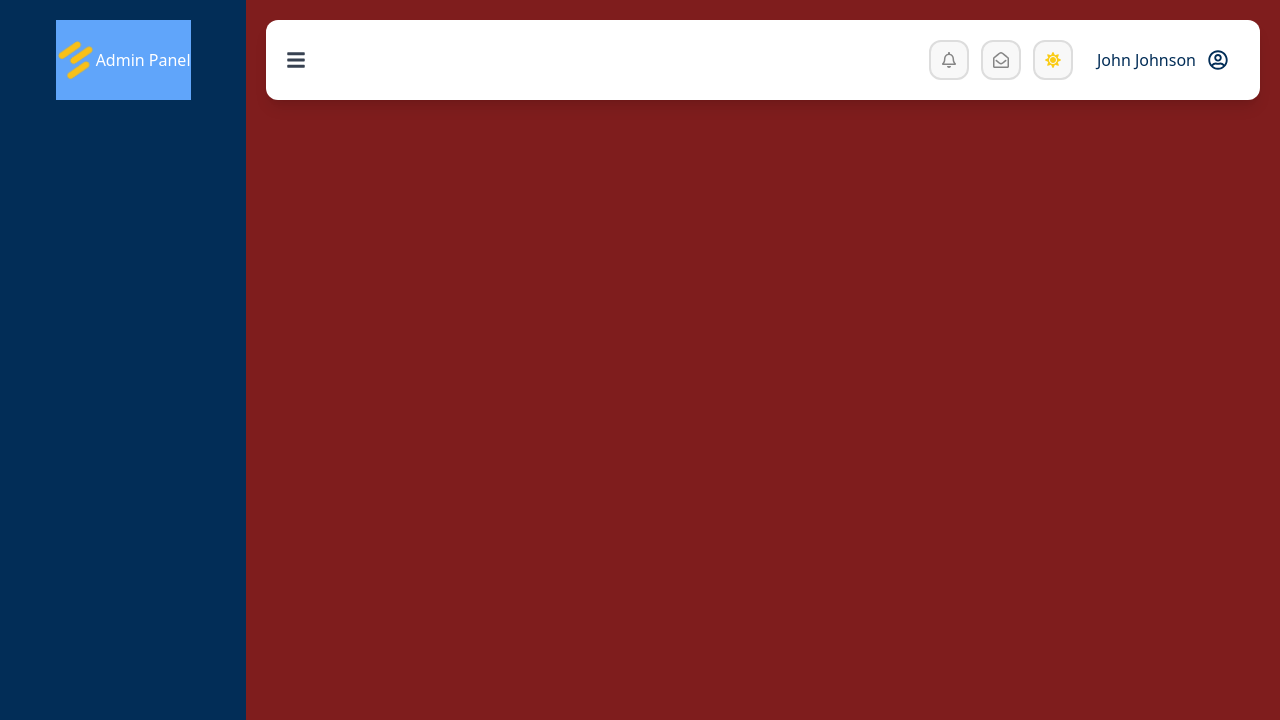
Repository: farrelmuhammad/redesign-bo
Page: /
These files come from the project's save history. The page is drawn as it stood at one moment and after the next save; the edit follows.
The browser window is 1280 px wide. The pictures show the whole page.
The project was rebuilt for these pictures with package versions that can differ from the ones it lists, and the page was loaded fresh each time. Also part of the build but not shown: src/App.css.

Above is the page before, as saved 2024-03-02 19:37:00.

### src/App.tsx
import React from 'react';
import logo from './logo.svg';
import './App.css';
import Navbar from './components/Navbar';
import Sidebar from './components/Sidebar';

function App() {
  return (
    <section className='bg-red-900 h-screen w-screen flex font-poppins text-white'>
      <Sidebar />
      <Navbar />
    </section>
  );
}

export default App;

### src/components/Navbar.tsx
import React from 'react'
import { FaBars, FaMoon, FaRegBell, FaRegEnvelopeOpen, FaRegUserCircle, FaSun } from "react-icons/fa";

const Navbar = () => {
    return (
        <nav className='bg-white h-20 w-full flex flex-row justify-between items-center px-5 m-5 rounded-xl shadow-lg'>
            <div className="flex flex-1 justify-start items-center">
                <button className='text-xl text-gray-700 hover:text-black'>
                    <FaBars />
                </button>
            </div>
            <div className="flex flex-1 flex-row gap-3 justify-end items-end">
                <button className='flex justify-center items-center h-10 w-10 text-[#868686] bg-[#F8F8F8] rounded-xl border-[2px] border-[#DDDDDD] hover:border-gray-500 hover:text-gray-500'>
                    <FaRegBell />
                </button>
                <button className='flex justify-center items-center h-10 w-10 text-[#868686] bg-[#F8F8F8] rounded-xl border-[2px] border-[#DDDDDD] hover:border-gray-500 hover:text-gray-500'>
                    <FaRegEnvelopeOpen />
                </button>
                <button className='flex justify-center items-center h-10 w-10 rounded-xl border-[2px] border-[#DDDDDD] bg-[#F8F8F8] text-yellow-400 hover:border-gray-500 hover:text-yellow-500'>
                    <FaSun />
                    {/* <FaMoon /> */}
                </button>
                <button className='flex flex-row justify-center items-center py-2 px-3 gap-3 text-[#022D57] hover:text-[#1e183a]'>
                    John Johnson <FaRegUserCircle className='text-xl' />
                </button>
            </div>
        </nav>
    )
}

export default Navbar

### src/components/Sidebar.tsx
import React from 'react'
import Logo from '../assets/images/Logo.png'

const Sidebar = () => {
  return (
    <aside className='flex flex-col h-full w-1/4 justify-start items-center bg-[#022D57] py-5'>
        <div className="flex flex-row h-20 justify-start items-center bg-blue-400">
            <img className="h-10 w-10" src={Logo} alt="" />
            <h1 className=''>Admin Panel</h1>
        </div>
    </aside>
  )
}

export default Sidebar

Loaded but not shown: public/index.html (common file); src/index.tsx (common file); src/index.css (common file); src/reportWebVitals.ts (common file); tailwind.config.js (common file)

After the next save:
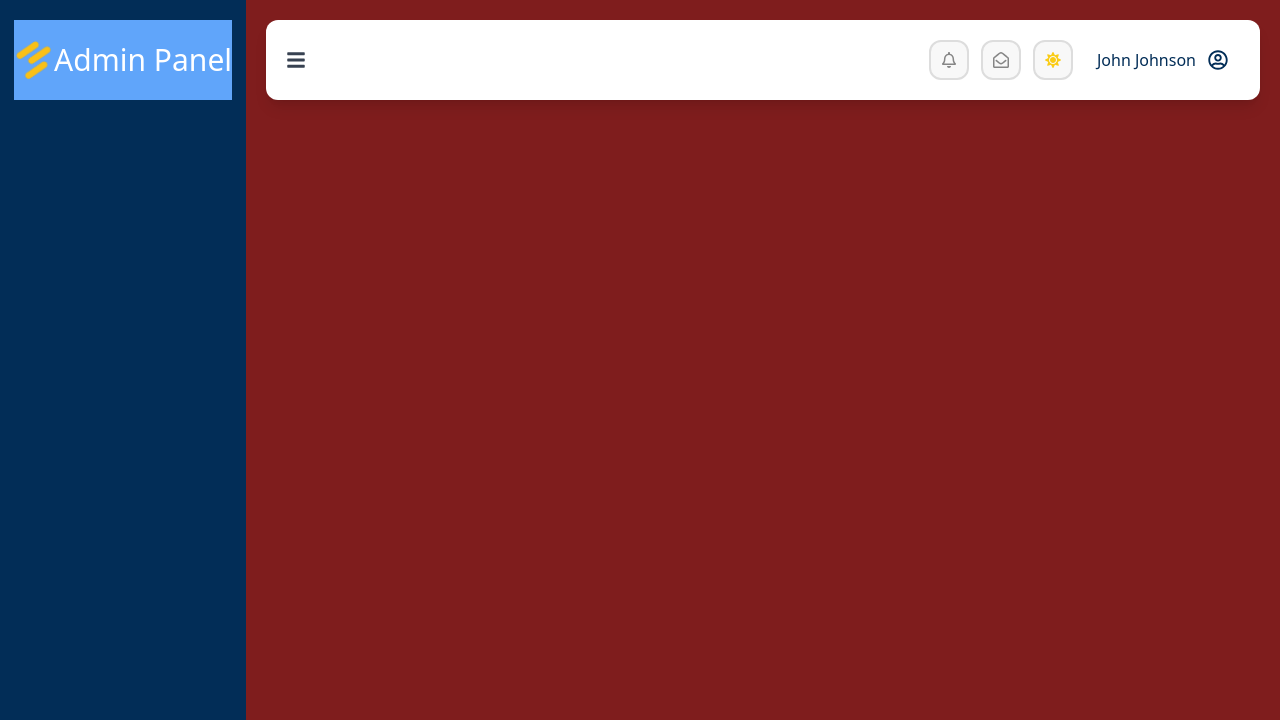
Saved 8 s later.
--- a/src/components/Sidebar.tsx
+++ b/src/components/Sidebar.tsx
@@ -6,7 +6,7 @@ const Sidebar = () => {
     <aside className='flex flex-col h-full w-1/4 justify-start items-center bg-[#022D57] py-5'>
         <div className="flex flex-row h-20 justify-start items-center bg-blue-400">
             <img className="h-10 w-10" src={Logo} alt="" />
-            <h1 className=''>Admin Panel</h1>
+            <h1 className='text-3xl'>Admin Panel</h1>
         </div>
     </aside>
   )
